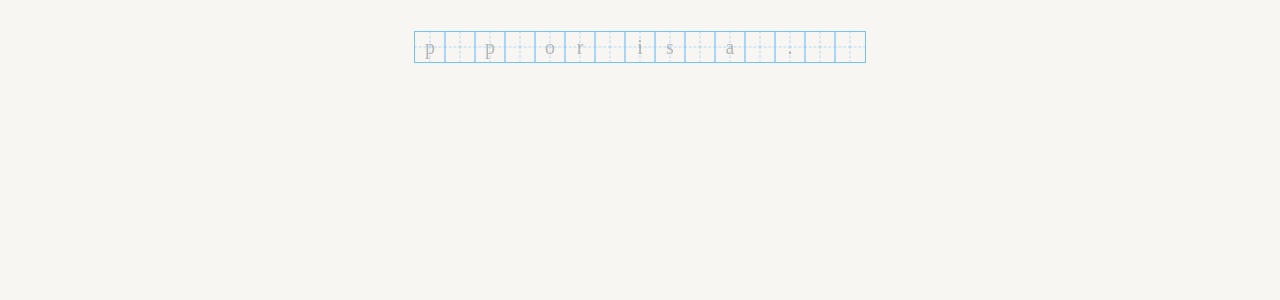
Repository: pyrcl090/p-p
Page: index.html
The author's editor kept a copy of each file at every save. The page is drawn from the files as they stood at one save, then again after the next save.
The browser window is 1280 px wide. The pictures show the whole page.
The page's requests for data from a server got no answer. Some web fonts or font styles are not loaded; a fallback is used.

Above is the page before, as saved 2025-04-19 23:08:38.

After the next save:
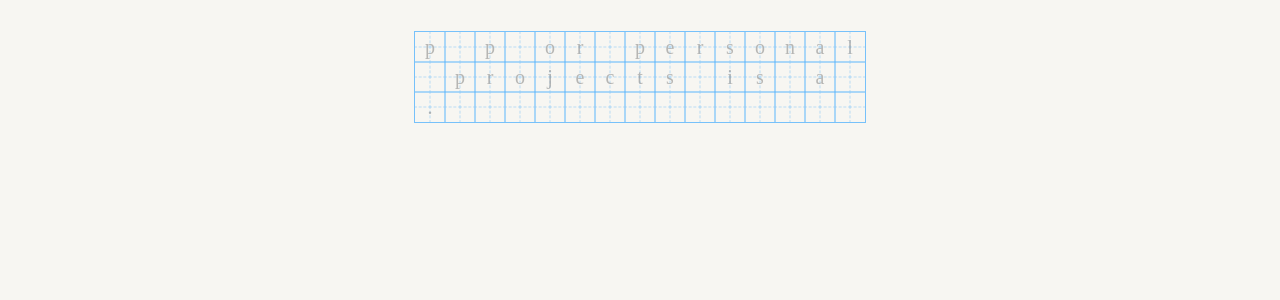
Saved 5 s later.
--- a/script.js
+++ b/script.js
@@ -14,7 +14,7 @@ const loadedChannels = new Set();
 // Optional menu content
 const menuItems = [
   {
-    content: "p p or is a ."
+    content: "p p or personal projects is a ."
   }
 ];
 
